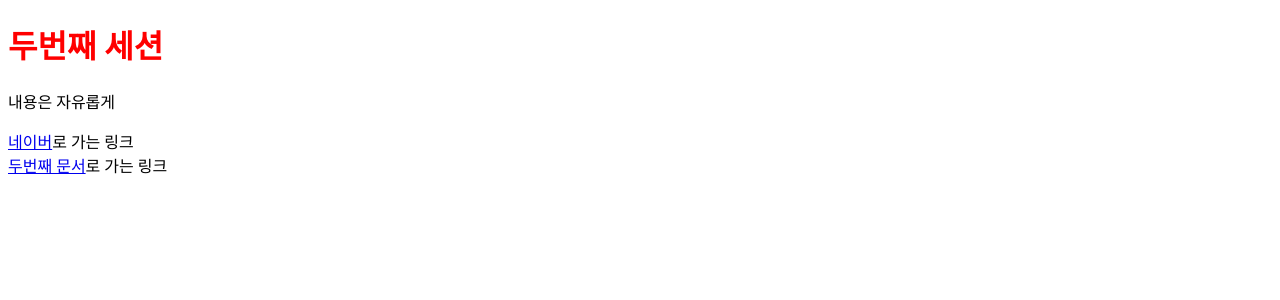
Repository: 90GSCHOI/LIKELION
Page: 0613test.html
The author's editor kept a record of every edit. The page is drawn from the files as they stood at one moment, then again after the next edit.
The browser window is 1280 px wide. The pictures show the whole page.

Above is the page before.

After the next edit:
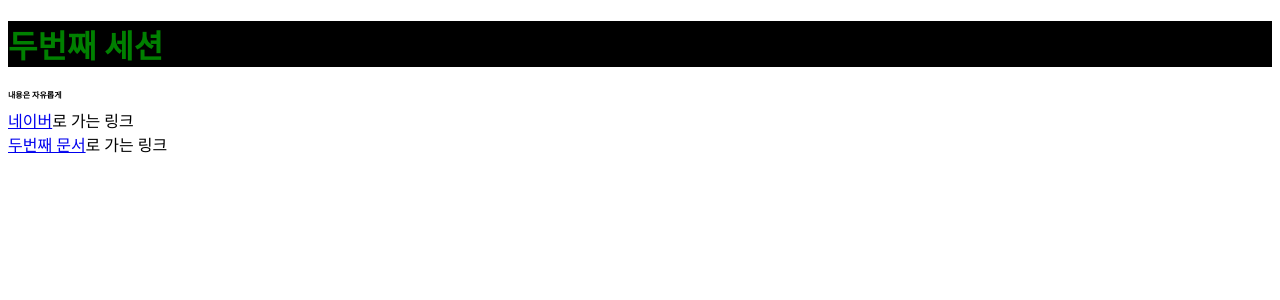
The edit:
--- a/0613test.html
+++ b/0613test.html
@@ -5,11 +5,7 @@
     <meta name="viewport" content="width=device-width, initial-scale=1.0">
     <meta http-equiv="X-UA-Compatible" content="ie=edge">
     <title>신나는 토요일</title>
-    <style>
-        h1{
-        color:red;
-        }
-    </style>
+    <link rel="stylesheet" href="./0613test.css" type="text/css" />
 </head>
 <body>
     <h1> 두번째 세션 </h1>
